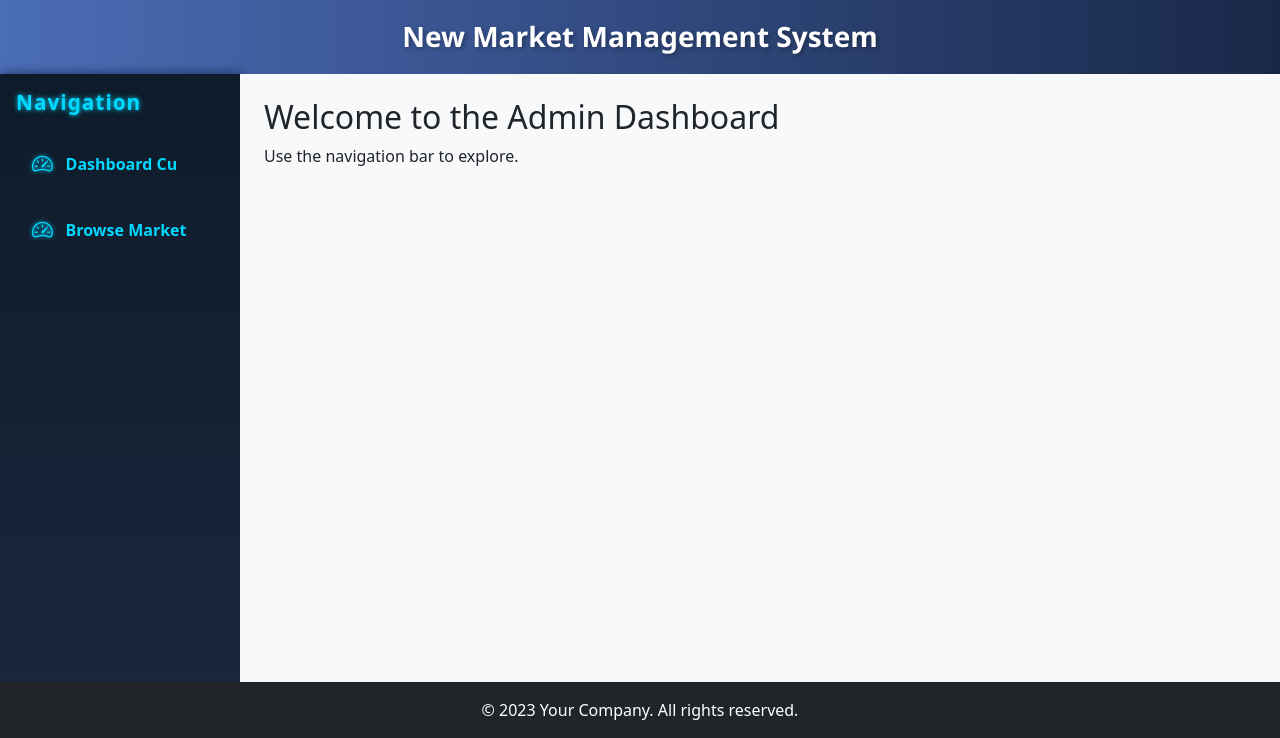
Repository: AbdulqadirSaid/react-market-front-end
Page: /admin-dash
These files come from the project's save history. The page is drawn as it stood at one moment and after the next save; the edit follows.
The browser window is 1280 px wide. The pictures show the whole page.
The project was rebuilt for these pictures with package versions that can differ from the ones it lists, and the page was loaded fresh each time. Also part of the build but not shown: src/index.css, src/LoginForm.js, src/App.css, src/owner/OwnerDashboard.js, src/customer/CustomerDashboard.js, src/customer/BrowseMarket.js.

Above is the page before, as saved 2025-06-01 16:58:44.

### src/index.js
import React from 'react';
import ReactDOM from 'react-dom/client';
import './index.css';
import App from './App';
import reportWebVitals from './reportWebVitals';
import { BrowserRouter } from 'react-router-dom';


const root = ReactDOM.createRoot(document.getElementById('root'));
root.render(
  <React.StrictMode>
    <BrowserRouter>
        <App />
    </BrowserRouter>
  </React.StrictMode>
);

// If you want to start measuring performance in your app, pass a function
// to log results (for example: reportWebVitals(console.log))
// or send to an analytics endpoint. Learn more: https://bit.ly/CRA-vitals
reportWebVitals();

### src/App.js
import LoginForm from './LoginForm'
import './../node_modules/bootstrap/dist/css/bootstrap.min.css'
import './App.css';
import Header from './components/Header';
import Sidebar from './components/Sidebar';
import Footer from './components/Footer';
import Dashboard from './admin/Dashboard';
import OwnerDash from './owner/OwnerDashboard'
import CustDash from './customer/CustomerDashboard'
import BrowseMarket from './customer/BrowseMarket'

import { Route, Routes } from 'react-router-dom';

function App() {
  return (
    // <><LoginForm />
    // <Dashboard/>
    // </>

    <Routes>

      <Route path='/' element={<LoginForm/>} />


      {/* Admin */}

      <Route path='/admin-dash' element={<Dashboard/>} />


      {/* Owner */}

      <Route path='/owner-dash' element={<OwnerDash/>} />


      {/* Customer  */}

      <Route path='/dashboard' element={<CustDash/>} />

      <Route path='/browse-market' element={<BrowseMarket/>} />



    </Routes>
  );
}

export default App;

### src/components/Header.js
import React from 'react';

const Header = () => {
  return (
    <header
      style={{
        background: 'linear-gradient(90deg, #4b6cb7 0%, #182848 100%)',
        boxShadow: '0 4px 12px rgba(24, 40, 72, 0.6)',
        padding: '1.25rem 2rem',
        color: '#ffffff',
      }}
    >
      <div className="container-fluid d-flex align-items-center justify-content-center">
        <h1
          style={{
            fontWeight: '700',
            fontSize: '1.75rem',
            fontFamily: '"Segoe UI", Tahoma, Geneva, Verdana, sans-serif',
            textShadow: '2px 2px 4px rgba(0,0,0,0.3)',
            marginBottom: 0,
          }}
        >
          New Market Management System
        </h1>
      </div>
    </header>
  );
};

export default Header;

### src/components/Sidebar.js
import React from 'react';
import { Link } from 'react-router-dom';
import 'bootstrap-icons/font/bootstrap-icons.css';
import links from './Links';

const Sidebar = ({ userRole = 'Customer' }) => {
  const roleLinks = links[userRole] || [];

  const getIconClass = (iconName) => {
    switch (iconName) {
      case 'dashboard':
        return 'bi-speedometer2';
      case 'users':
        return 'bi-people-fill';
      case 'settings':
        return 'bi-gear-fill';
      case 'reports':
        return 'bi-bar-chart-line-fill';
      case 'box-seam':
        return 'bi-box-seam';
      default:
        return 'bi-circle';
    }
  };

  return (
    <nav
      style={{
        width: '240px',
        minHeight: 'calc(100vh - 112px)',
        background: 'linear-gradient(180deg, #0d1b2a 0%, #1b263b 100%)',
        boxShadow: '2px 0 10px rgba(11, 38, 71, 0.8)',
        padding: '1rem',
        display: 'flex',
        flexDirection: 'column',
      }}
    >
      <h5
        style={{
          fontWeight: '700',
          fontSize: '1.3rem',
          color: '#00d8ff',
          marginBottom: '1.5rem',
          letterSpacing: '1px',
          textShadow: '0 0 5px #00d8ff',
        }}
      >
        Navigation
      </h5>
      <ul style={{ listStyle: 'none', padding: 0, margin: 0, flexGrow: 1 }}>
        {roleLinks.map((linkItem, index) => (
          <li key={index} style={{ marginBottom: '1rem' }}>
            <Link
              to={linkItem.path}
              style={{
                display: 'flex',
                alignItems: 'center',
                textDecoration: 'none',
                color: '#00d8ff',
                fontWeight: '600',
                padding: '0.6rem 1rem',
                borderRadius: '8px',
                transition: 'background-color 0.3s ease, color 0.3s ease',
                fontSize: '1rem',
              }}
              onMouseEnter={e => {
                e.currentTarget.style.backgroundColor = '#ffffff'; // Change background to white
                e.currentTarget.style.color = '#0d1b2a'; // Change text color to dark blue
              }}
              onMouseLeave={e => {
                e.currentTarget.style.backgroundColor = 'transparent'; // Reset background
                e.currentTarget.style.color = '#00d8ff'; // Reset text color
              }}
            >
              <i
                className={`bi ${getIconClass(linkItem.icon)}`}
                style={{ fontSize: '1.3rem', marginRight: '0.8rem', textShadow: '0 0 4px #00d8ff' }}
              />
              {linkItem.label}
            </Link>
          </li>
        ))}
      </ul>
    </nav>
  );
};

export default Sidebar;

### src/components/Footer.js
import React from 'react';

const Footer = () => {
  return (
    <footer className="bg-dark text-white text-center p-3">
      <p className="mb-0">© 2023 Your Company. All rights reserved.</p>
    </footer>
  );
};

export default Footer;

### src/admin/Dashboard.js
import React from 'react';
import Header from '../components/Header';
import Sidebar from '../components/Sidebar';
import Footer from '../components/Footer';


const Dashboard = () => {
  return (
    <div className="d-flex flex-column min-vh-100">
      <Header />
      <div className="d-flex flex-grow-1">
        <Sidebar />
        <main className="flex-grow-1 p-4" style={{ backgroundColor: '#f8f9fa' }}>
          <h2>Welcome to the Admin Dashboard</h2>
          <p>Use the navigation bar to explore.</p>
          {/* Your dashboard content here */}
        </main>
      </div>
      <Footer />
    </div>
  );
};

export default Dashboard;

### src/components/Links.js
const links = {

    Admin:[
        { label: 'Dashboard', path: '/admin-dash', icon: 'dashboard' }

    ],

    Owner:[
        { label:'Dashboard', path: '/owner-dash', icon: 'dashboard' }

    ],

    Customer:[
        {label:'Dashboard Cu', path:'/dashboard', icon: 'dashboard'},
        {label:'Browse Market', path:'/browse-market', icon: 'dashboard'},


    ]

}

export default links;

Loaded but not shown: public/index.html (common file); src/reportWebVitals.js (common file)

After the next save:
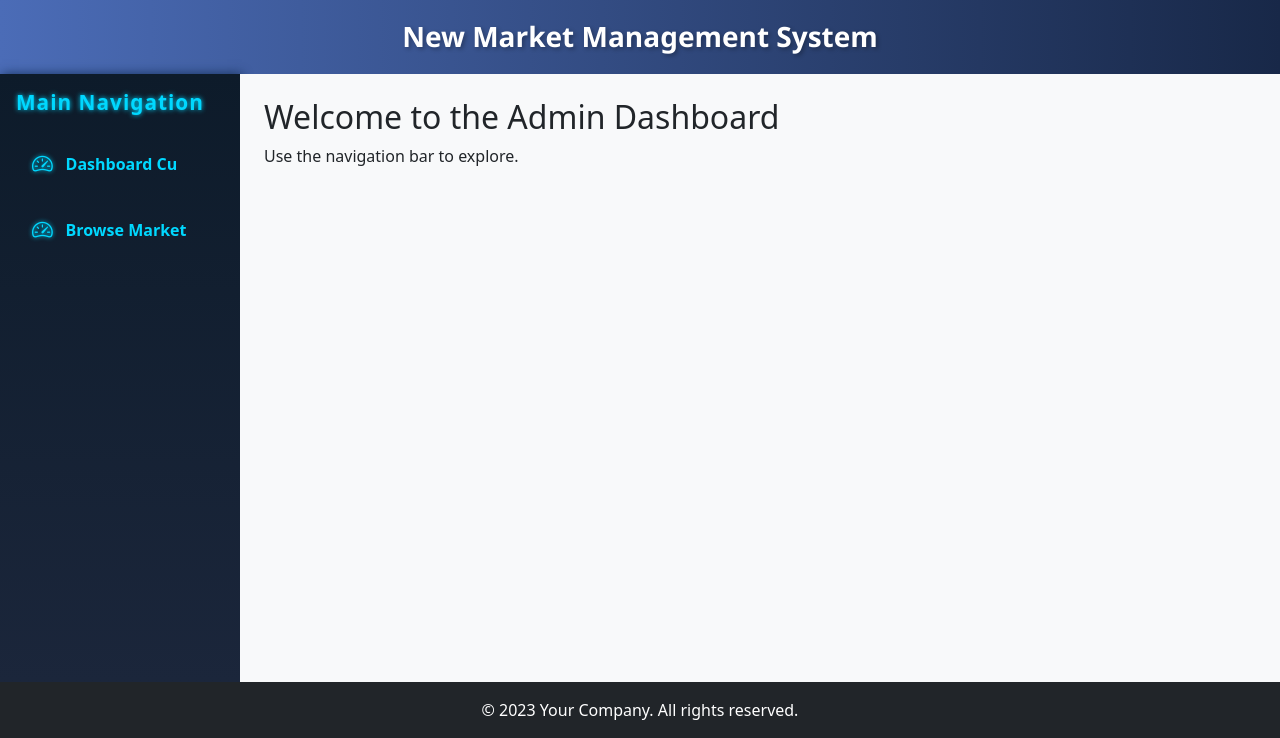
Saved 33 s later.
--- a/src/components/Sidebar.js
+++ b/src/components/Sidebar.js
@@ -45,7 +45,7 @@ const Sidebar = ({ userRole = 'Customer' }) => {
           textShadow: '0 0 5px #00d8ff',
         }}
       >
-        Navigation
+        Main Navigation
       </h5>
       <ul style={{ listStyle: 'none', padding: 0, margin: 0, flexGrow: 1 }}>
         {roleLinks.map((linkItem, index) => (
